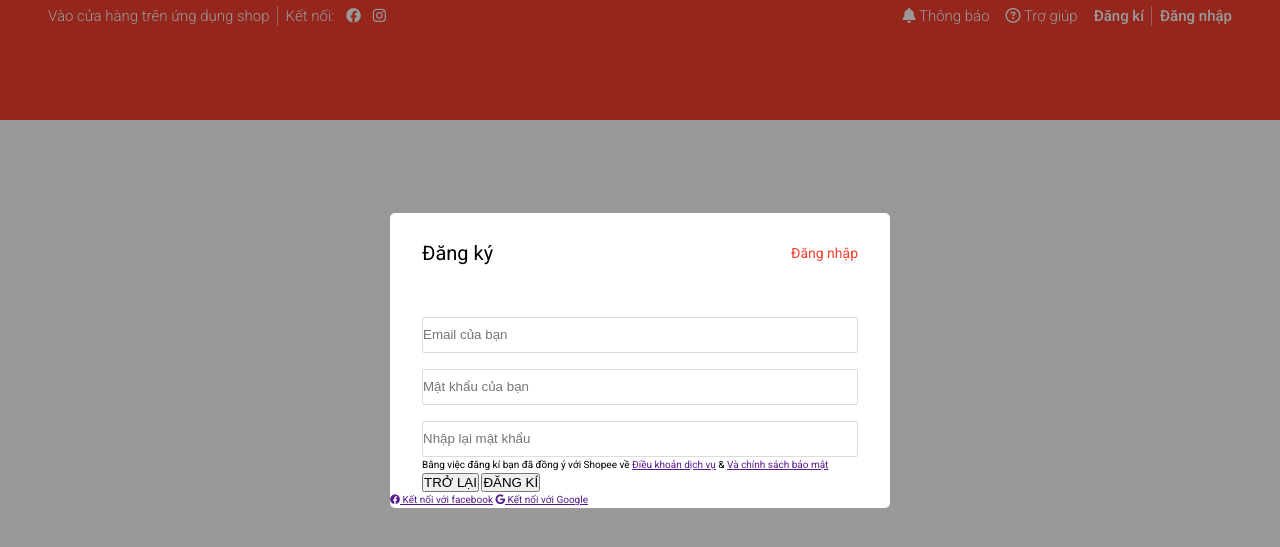
Repository: nguyenhoang2002062929/shoppee
Page: index.html
These files come from the project's save history. The page is drawn as it stood at one moment and after the next save; the edit follows.
The browser window is 1280 px wide. The pictures show the whole page.

Above is the page before, as saved 2023-06-20 10:28:19.

After the next save:
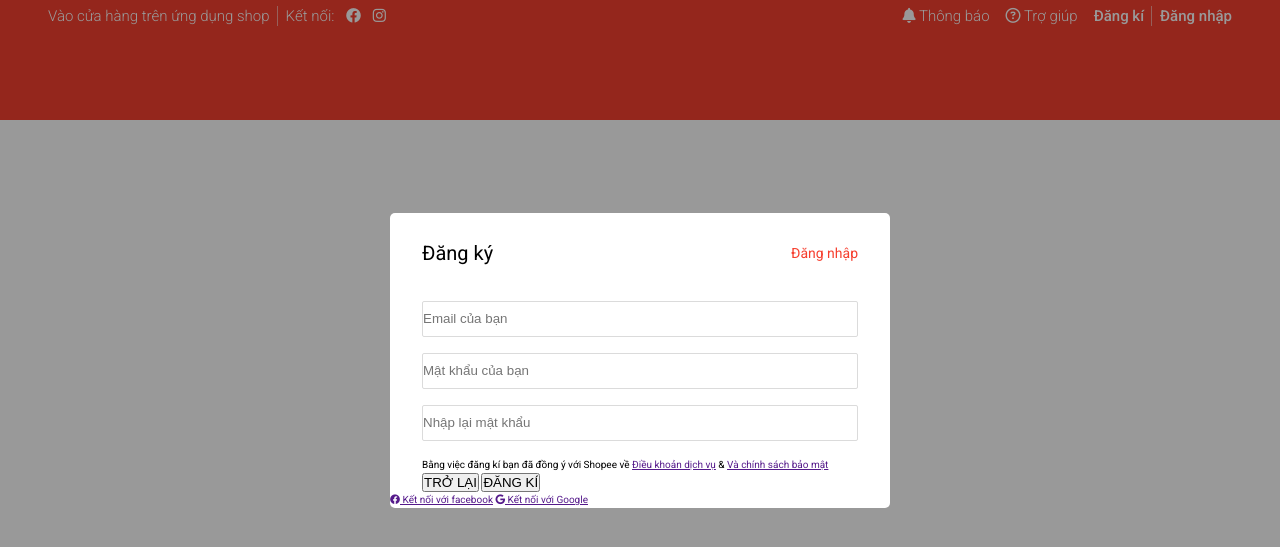
Saved 27 s later.
--- a/assets/css/main.css
+++ b/assets/css/main.css
@@ -224,7 +224,7 @@
 .auth-form__input{
     width: 100%;
     height: 36px;
-    margin-top: 16px;
+    margin-bottom: 16px;
     border: 1px solid var(--boder-color);
     border-radius: 2px;
 }
